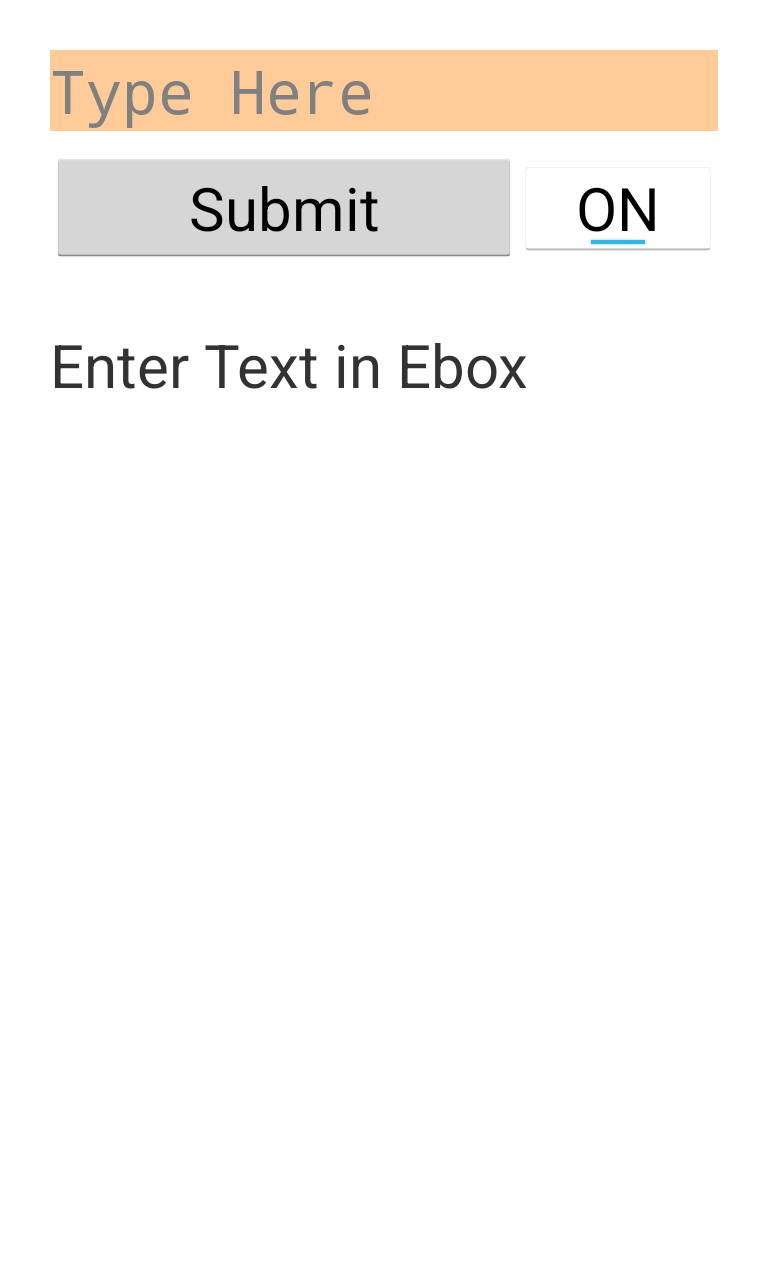
Repository: eshan22/android
Layout: projectone/res/layout/activity_textplay.xml
These files come from the project's save history. The layout is drawn as it stood at one moment and after the next save; the edit follows.
It is drawn on a 768 x 1280 px phone screen (xhdpi) without system bars, with theme AppTheme; the app's code is not run.

Above is the layout before, as saved 2013-06-18 16:03:06.

After the next save:
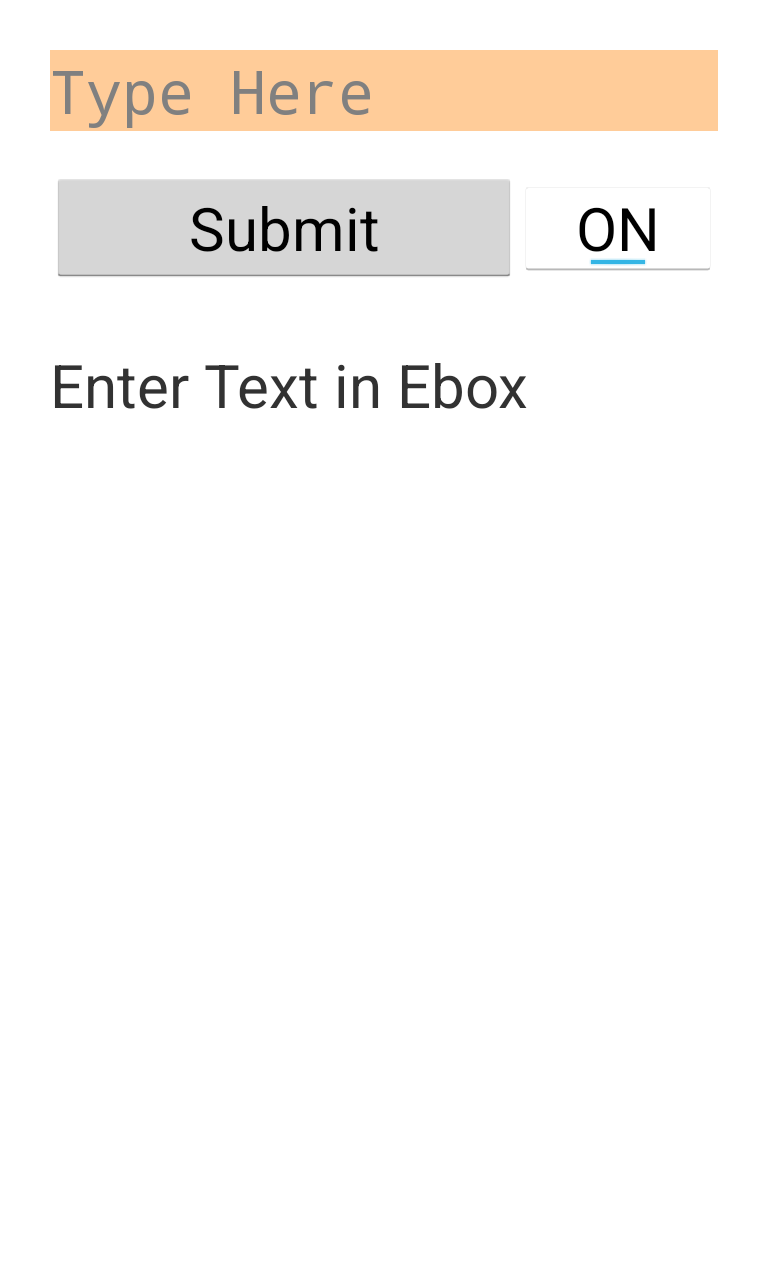
Saved 8 s later.
--- a/projectone/res/layout/activity_textplay.xml
+++ b/projectone/res/layout/activity_textplay.xml
@@ -22,7 +22,7 @@
        android:layout_width="fill_parent"
        android:layout_height="wrap_content"
        android:orientation="horizontal"
-         android:layout_marginTop="10dp"
+         android:layout_marginTop="20dp"
         >
         <Button
             android:text="Submit"
